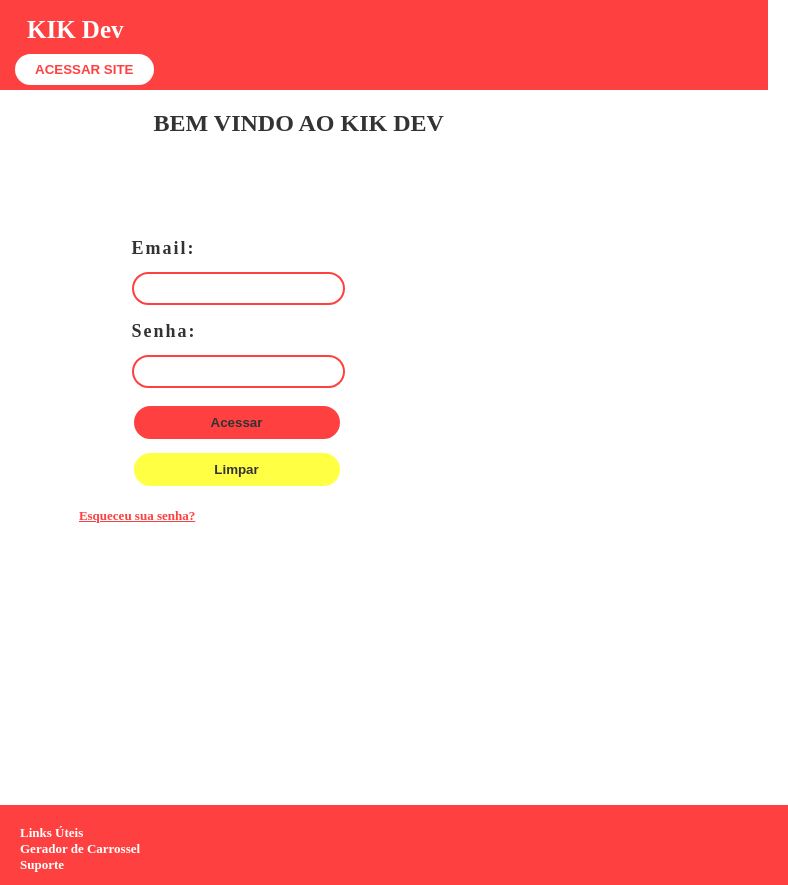
Repository: devgabrielvieira/kikdev
Page: index.html
The author's editor kept a copy of each file at every save. The page is drawn from the files as they stood at one save, then again after a run of saves.
The browser window is 768 px wide. The page is 788 px wide, so the pictures cover 788 px, including what lies to the right of the window. The pictures show the whole page.

Above is the page before, as saved 2022-10-30 18:26:03.

### index.html
<!DOCTYPE html>
<html lang="pt-br">

<head>
    <meta charset="UTF-8">
    <meta http-equiv="X-UA-Compatible" content="IE=edge">
    <meta name="viewport" content="width=device-width, initial-scale=1.0">
    <link rel="shortcut icon" href="imagens/favicon.ico" type="image/x-icon">
    <link rel="stylesheet" href="style.css">
    <link rel="stylesheet" href="style-mobile.css">
    <script src="script_processo.js"></script>
    <title>KIK Dev</title>

</head>

<body id="pag_processos" onload="dimensaoTela()">

    <div class="header-index">
        <a href="#Default" class="logo">KIK Dev</a>

        <button type="submit" name="name" class="button-right"><strong>ACESSAR SITE</strong></a></button>

    </div>
    <div class="conteudo">
        <!--abrimos a div conteúdo-->
        <!-- <img src="imagens/conteudo.jpg" alt="Conteúdo"> -->

        <h2>BEM VINDO AO KIK DEV</h2>

        <div class="login">
            <label for="username">Email:</label>
            <input type="text" id="username" name="username">
            <br>
            <label for="pass">Senha:</label>
            <input type="password" id="pass" name="password" minlength="8" required>
            <br>
            <input class="btn-acessar" type="submit" value="Acessar">
            <br>
            <input class="btn-limpar" type="reset" value="Limpar">
            <br><br>
            <a href="recuperar-senha.html" target="_self" rel="next" class="href">Esqueceu sua senha?</a>
        </div>

    </div>
    <!--aqui fechamos a div conteudo-->

    <footer class="footer">
        <strong>
            <p>Links Úteis</p>
        </strong>
        <strong>
            <p>Gerador de Carrossel</p>
        </strong>
        <strong>
            <p>Suporte</p>
        </strong>
    </footer>

</body>

</html>

### style.css
@charset "UTF-8";

* {
    margin: 0;
    padding: 0;
}

html {
    margin: 0;
    padding: 0;
}

.header {
    overflow: hidden;
    background-color: #FF4040;
    padding: 20px 10px;
}

.header a {
    float: left;
    color: #fff;
    text-align: center;
    padding: 12px;
    text-decoration: none;
    font-size: 18px;
    line-height: 25px;
    border-radius: 4px;
}

.header a.logo {
    font-size: 25px;
    font-weight: bold;
}

.header a:hover {
    background-color: #ddd;
    color: #333333;
}

.header a.active {
    background-color: #d8d7d7;
    color: #fff;
}

.header-right {
    float: right;
}

.button-right {
    float: right;
    padding: 8px 20px;
    border: #d8d7d7;
    border-radius: 50px;
    color: #FF4040;
    background-color: #fff;
}

.header-index {
    overflow: hidden;
    background-color: #FF4040;
    padding: 5px 10px;
}

.header-index a {
    float: left;
    color: #fff;
    text-align: center;
    padding: 12px;
    text-decoration: none;
    font-size: 18px;
    line-height: 25px;
    border-radius: 4px;
}

.header-index a.logo {
    font-size: 25px;
    font-weight: bold;
}

.header-index a:hover {
    background-color: #ddd;
    color: #333333;
}

.header-index a.active {
    background-color: #d8d7d7;
    color: #fff;
}

.conteudo {
    width: 100%;
    height: 450px;
    overflow: hidden;
    background-color: #fff;
}

/* .conteudo img {
    width: 100%;
    background-color: #fff;
    margin: 2px 0 0 0;
    padding: 0;
    position: relative;
    height: 15.5rem;
} */

.footer {
    width: auto;
    background-color: #FF4040;
    padding: 20px 10px;
    position: relative;
    height: 2.5rem;
    bottom: -50px;
}

p {
    font-size: 13px;
    margin: 0 0 0 10px;
    float: none;
    overflow: hidden;
    color: #fff;
}

label {
    margin: 10px 50px 0 500px;
    display: block;
    letter-spacing: 2px;
    font-size: 18px;
    color: #333333;
    margin-bottom: 3px;
    font-weight: bold;
}

input[type='submit'],
label {
    margin: 10px 50px 0 500px;
    margin-top: 1rem;
    color: #333333;
}

input {
    margin: 10px 50px 0 500px;
    caret-color: #222;
    color: #333333;
    border: 2px solid #FF4040;
    border-radius: 36px;
    padding: 7px 15px;
    text-align: center;
    font-weight: bold;
}

input:hover {
    border: 2px solid #a0a0a0;
}

.login {
    margin: 80px 0 0 0;
    width: -100%;
}

.href {
    margin: 10px 50px 0 550px;
    font-size: 13px;
    font-weight: bold;
    color: #FF4040;
    text-align: center;

}

.btn-acessar {
    margin: 10px 50px 0 500px;
    background: #FF4040;
    border: 2px solid #fff;
    padding: 9px 15px;
    width: 210px;
    max-width: 100%;
}

.btn-limpar {
    margin: 10px 50px 0 500px;
    background: #FF4;
    border: 2px solid #fff;
    padding: 9px 15px;
    width: 210px;
    max-width: 100%;
}

h2 {
    width: 100%;
    display: inline-flex;
    margin: 20px 50px 5px 450px;
    color: #333333;
}

### style-mobile.css
@charset "UTF-8";


@media screen and (max-width: 768px) {

    * {
        margin: 0;
        padding: 0;
    }

    html {
        margin: 0;
        padding: 0;
    }

    .header-index {
        overflow: hidden;
        background-color: #FF4040;
        padding: 5px 15px;
    }

    .header a {
        float: none;
        display: block;
        text-align: left;
    }

    .header-index a {
        float: none;
        display: block;
        text-align: left;
    }

    .header-right {
        float: none;
    }

    .button-right {
        float: none;
    }

    .footer {
        float: none;
        display: block;
        position: relative;
        height: 2.5rem;
        width: 100%;
        bottom: -265px;

    }

    /* .conteudo img {
        float: none;
        display: block;
        position: absolute;
        width: 100%;
        background-color: #fff;
        margin: 2px 0 0 0;
        height: 10rem;
    } */

    .login {
        width: -100%;
        display: inline-block;
    }

    label {
        margin-left: 50%;
        display: block;
        letter-spacing: 2px;
        font-size: 18px;
        color: #333333;
        margin-bottom: 3px;
        font-weight: bold;
    }

    input[type='submit'],
    label {
        margin-left: 50%;
        margin-top: 1rem;
        color: #333333;
    }

    input {
        margin-left: 50%;
        caret-color: #222;
        color: #333333;
        border: 2px solid #FF4040;
        border-radius: 36px;
        padding: 7px 15px;
        text-align: center;
        font-weight: bold;
    }

    input:hover {
        border: 2px solid #a0a0a0;
    }

    .href {
        margin-left: 30%;
        font-size: 13px;
        font-weight: bold;
        color: #FF4040;
        text-align: center;
    }

    /* .btn-entrar {
        margin-left: 50%;
        background: #FF4040;
        border: 2px solid #fff;
        padding: 9px 15px;
        width: 210px;
        max-width: 100%;
    } */

    .btn-acessar {
        margin-left: 50%;
        background: #FF4040;
        border: 2px solid #fff;
        padding: 9px 15px;
        width: 210px;
        max-width: 100%;
    }

    .btn-limpar {
        margin-left: 50%;
        background: #FF4;
        border: 2px solid #fff;
        padding: 9px 15px;
        width: 210px;
        max-width: 100%;
    }

    h2 {
        width: 100%;
        display: inline-flex;
        margin-left: 20%;
        color: #333333;
    }
}

### script_processo.js
function dimensaoTela(){
    var heightTela = window.innerHeight;
    var widthTela = window.innerWidth;

    document.getElementById('pag_processos').style.minHeight = heightTela+'px';
}

After the next 3 saves:
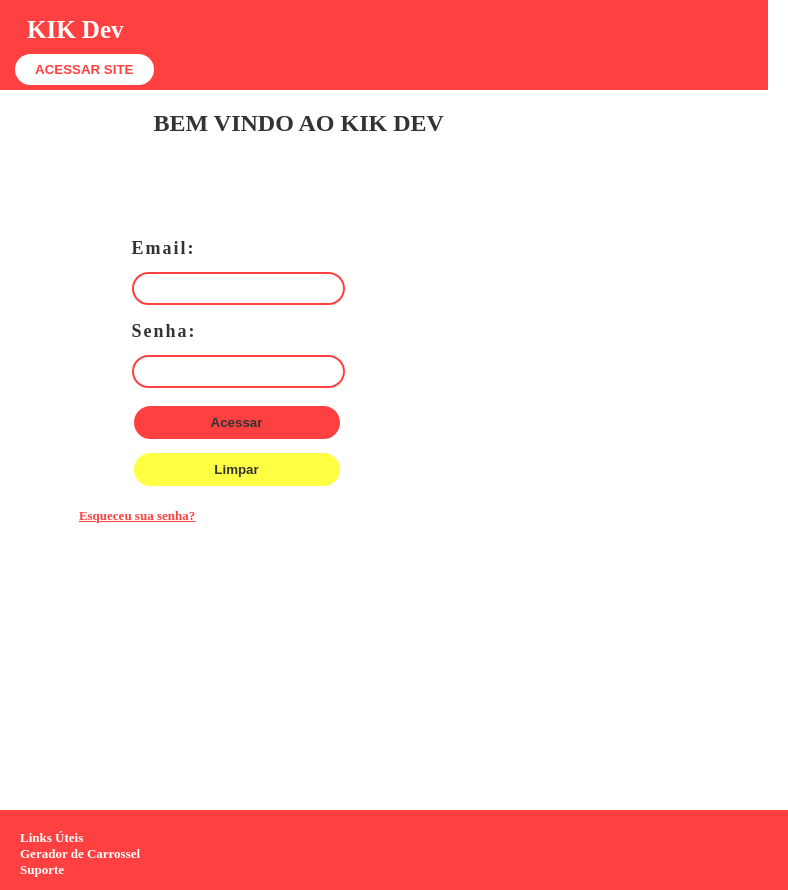
The 3 saves are shown as one change because they came seconds apart.
The last was saved 8 s later.
--- a/style-mobile.css
+++ b/style-mobile.css
@@ -45,7 +45,7 @@
         position: relative;
         height: 2.5rem;
         width: 100%;
-        bottom: -265px;
+        bottom: -270px;
 
     }
 
